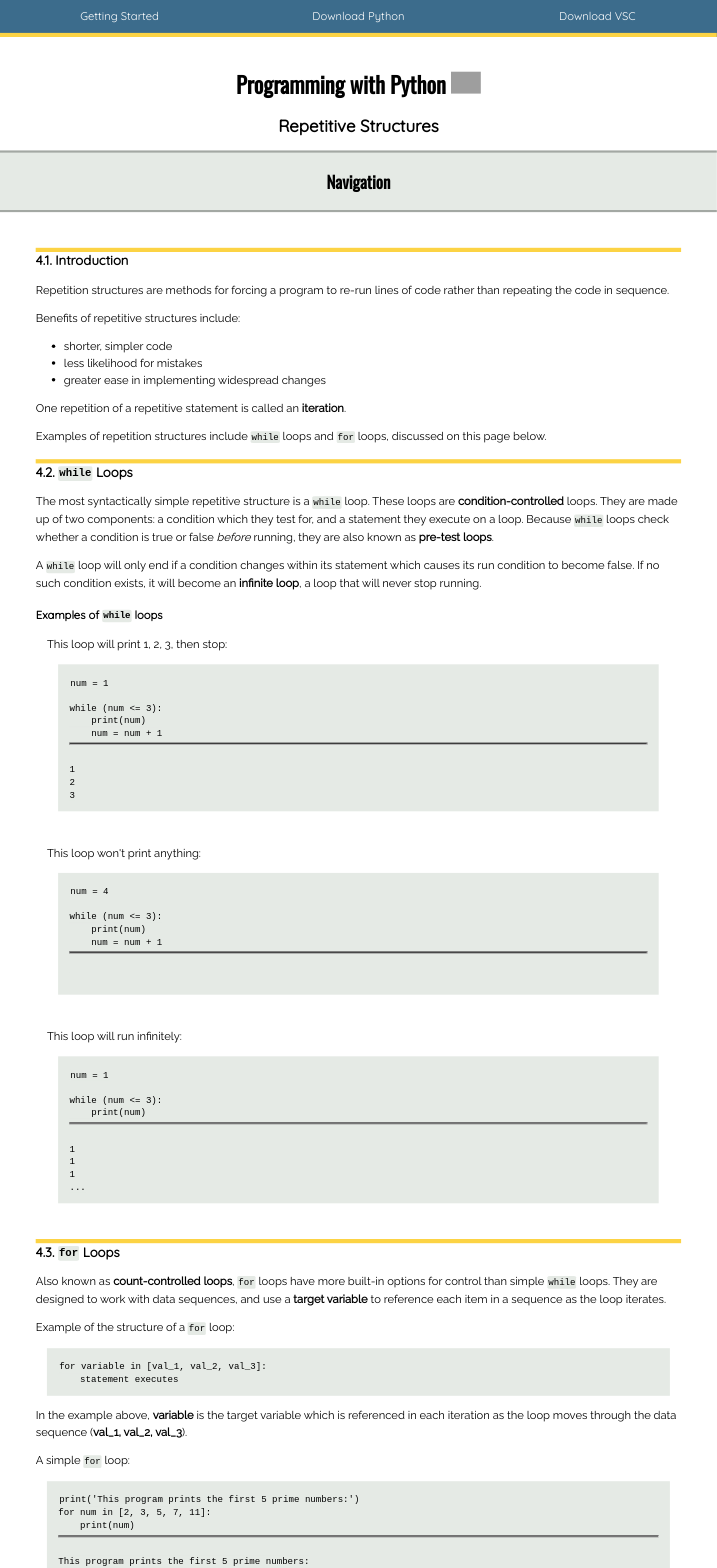
Repository: emnharris/FreeCodeCampChallenges
Page: responsive-web-design/technical-documentation-page/python-tutorial.html
The author's editor kept a copy of each file at every save. The page is drawn from the files as they stood at one save, then again after the next save.
The browser window is 1024 px wide. The pictures show the part of the page from y = 0 to 2240 px (the page is 5413 px tall before and 5511 px after), at 70% of full size.
Pictures or frames that could not be fetched are drawn as grey boxes.

Above is the page before, as saved 2020-04-18 00:43:38.

After the next save:
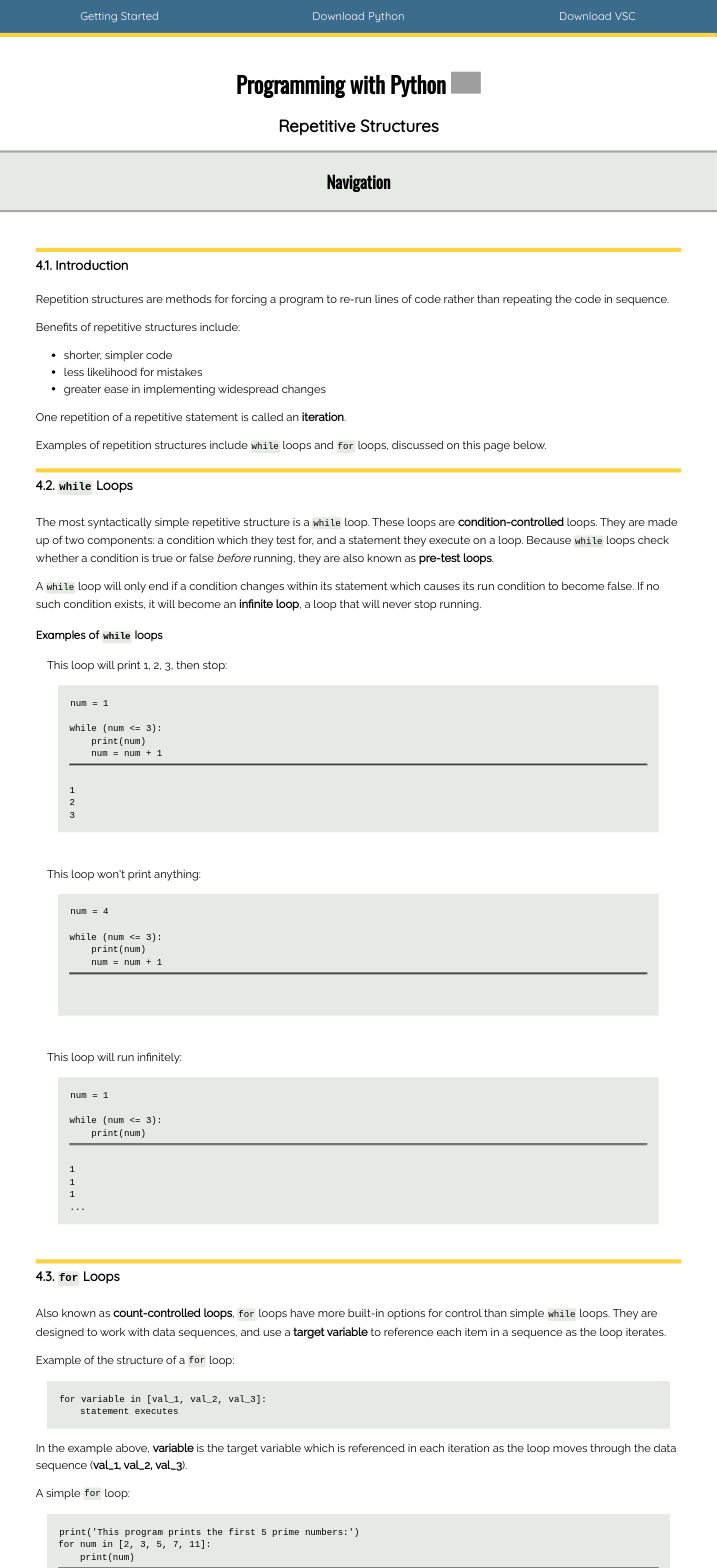
Saved 89 s later.
--- a/responsive-web-design/technical-documentation-page/python-tutorial.css
+++ b/responsive-web-design/technical-documentation-page/python-tutorial.css
@@ -226,6 +226,7 @@
     h3 {
         font-family: 'Quicksand', sans-serif;
         border-top: rgb(252, 211, 68) 6px solid;
+        line-height: 2em;
     }
     table {
         width: 100%;
